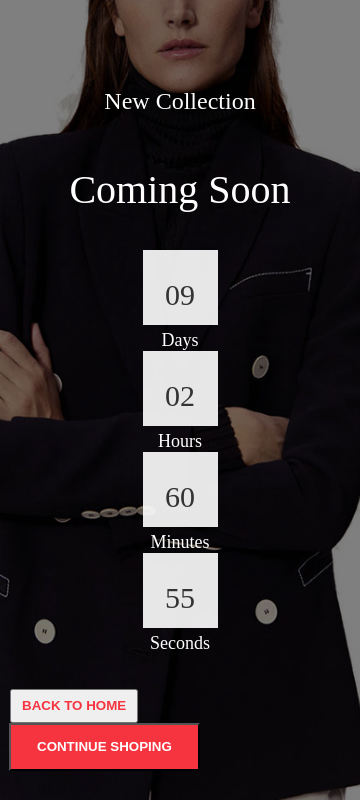
Repository: ST-United-Internship/Modaz-4life
Page: comingsoon&FAQ/coming-soon.html
The author's editor kept a copy of each file at every save. The page is drawn from the files as they stood at one save, then again after a run of saves.
The browser window is 360 px wide. The pictures show the whole page.

Above is the page before, as saved 2023-03-22 10:35:13.

After the next 3 saves:
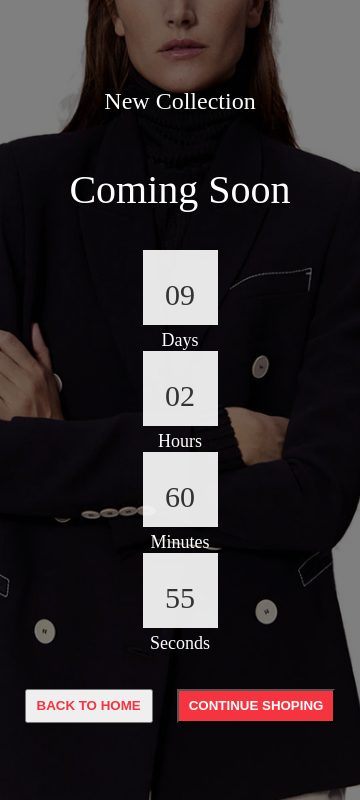
The 3 saves are shown as one change because they came seconds apart.
The last was saved 16 s later.
--- a/comingsoon&FAQ/css/comming-soon.css
+++ b/comingsoon&FAQ/css/comming-soon.css
@@ -117,6 +117,10 @@
         padding: 0 10px;
         margin: 0 10px;
     }
+    .flat-button .bg-black{
+        padding: 0 10px;
+        margin: 0 10px;
+    }
 }
 
 @media only screen and (max-width: 500px) {
